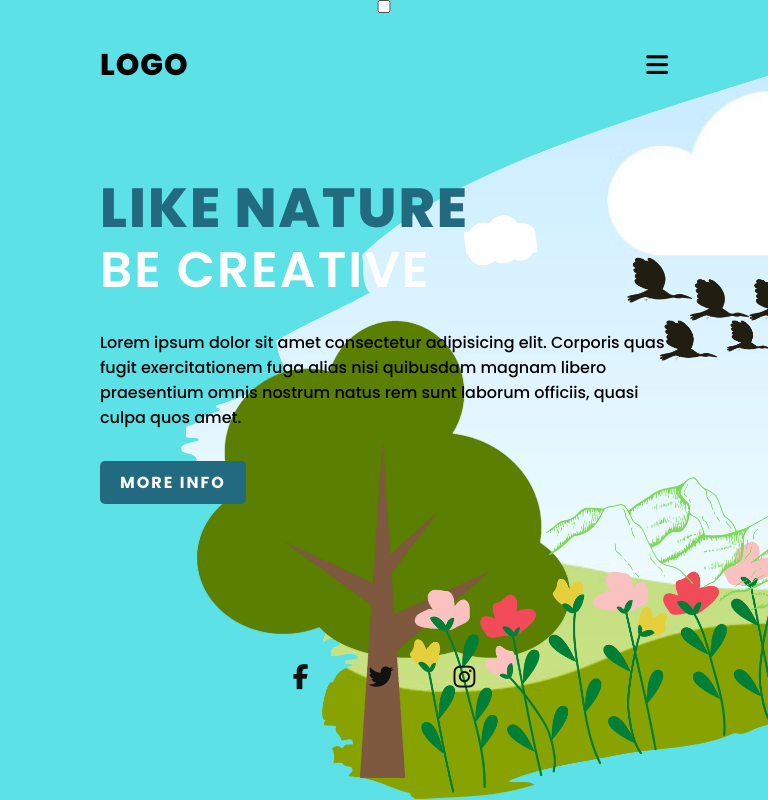
Repository: nganha241/CreativeNature
Page: index.html
The author's editor kept a copy of each file at every save. The page is drawn from the files as they stood at one save, then again after the next save.
The browser window is 768 px wide. The pictures show the whole page.
Some web libraries are served in a nearby version.

Above is the page before, as saved 2022-06-18 09:23:44.

### index.html
<!DOCTYPE html>
<html lang="en">
  <head>
    <meta charset="UTF-8" />
    <meta http-equiv="X-UA-Compatible" content="IE=edge" />
    <meta name="viewport" content="width=device-width, initial-scale=1.0" />
    <title>Creative Nature</title>
    <link rel="stylesheet" href="style.css" />
    <script
      src="https://kit.fontawesome.com/ae971d7ee0.js"
      crossorigin="anonymous"
    ></script>
  </head>
  <body>
    <section>
      <input type="checkbox" id="check" />
      <header>
        <h2><a href="#" class="logo">Logo</a></h2>
        <div class="navigation">
          <a href="#">Home</a>
          <a href="#">About</a>
          <a href="#">Info</a>
          <a href="#">Services</a>
          <a href="#">Contact</a>
        </div>
        <label for="">
          <i class="fas fa-bars menu-btn"></i>
          <i class="fa fa-times close-btn"></i>
        </label>
      </header>
      <div class="content">
        <div class="info">
          <h2>Like Nature <br /><span>Be Creative</span></h2>
          <p>
            Lorem ipsum dolor sit amet consectetur adipisicing elit. Corporis
            quas fugit exercitationem fuga alias nisi quibusdam magnam libero
            praesentium omnis nostrum natus rem sunt laborum officiis, quasi
            culpa quos amet.
          </p>
          <a href="#" class="info-btn">More Info</a>
        </div>
      </div>
      <div class="media-icons">
        <a href="#"><i class="fa fa-facebook"></i></a>
        <a href="#"><i class="fa fa-twitter"></i></a>
        <a href="#"><i class="fa fa-instagram" aria-hidden="true"></i></a>
      </div>
    </section>
  </body>
</html>

### style.css
@import url('https://fonts.googleapis.com/css2?family=Poppins:wght@300;400;500;600;700;800;900&display=swap');

* {
    box-sizing: border-box;
    padding: 0;
    margin: 0;
    font-family: 'Poppins', sans-serif;
}

a {
    text-decoration: none;
}

section {
    position: relative;
    width: 100%;
    min-height: 100vh;
    display: flex;
    flex-direction: column;
    justify-content: flex-start;
    background: url("./bg.png");
    background-size: cover;
    background-position: center;
}

header {
    position: relative;
    top: 0;
    width: 100%;
    padding: 30px 100px;
    display: flex;
    justify-content: space-between;
    align-items: center;
}

header .logo {
    position: relative;
    color: #000;
    font-size: 30px;
    text-transform: uppercase;
    font-weight: 800;
    letter-spacing: 1px;
}

header .navigation a{
    color: #000;
    background: none;
    font-weight: 500;
    letter-spacing: 1px;
    padding: 2px 15px;
    border-radius: 20px;
    transition: 0.3ms;
    transition-property: background;
}

header .navigation a:not(:last-child) {
    margin-right: 30px;
}

header .navigation a:hover {
    background: #7EC1FC;
}

.content {
    max-width: 650px;
    margin: 60px 100px;
}

.content .info h2 {
    color: #226a80;
    font-size: 55px;
    text-transform: uppercase;
    font-weight: 800;
    letter-spacing: 2px;
    line-height: 60px;
    margin-bottom: 30px;
}

.content .info h2 span {
    color: #fff;
    font-size: 50px;
    font-weight: 600;
}

.content .info p {
    font-size: 16px;
    font-weight: 500;
    margin-bottom: 40px;
}

.content .info-btn {
    color: #fff;
    background: #226a80;
    text-transform: uppercase;
    font-weight: 700;
    letter-spacing: 2px;
    padding: 10px 20px;
    border-radius: 5px;
    transition: 0.3s;
    transition-property: background;
}

.content .info-btn:hover {
    background: #0c4f60;
}

.media-icons {
    display: flex;
    justify-content: center;
    align-items: center;
    margin: auto;
}

.media-icons a {
    position: relative;
    color: #111;
    font-size: 25px;
    transition: 0.3s;
    transition-property: transform;
}

.media-icons a:not(:last-child) {
    margin-right: 60px;
}

.media-icons a:hover {
    transform: scale(1.5);
}

label {
    display: none;
}

#check {
    z-index: 3;
}

@media (max-width: 960px) {
    header .navigation {
        display: none;
    }

    label {
        display: block;
        font-size: 25px;
        cursor: pointer;
        transition: 0.3s;
        transition-property: color;
    }

    label:hover {
        color: #fff;
    }

    label .close-btn {
        display: none;
    }

    #check:checked ~ header .navigation {
        z-index: 2;
        position: fixed;
        background: rgba(144, 233, 255, 0.9);
        top: 0;
        bottom: 0;
        left: 0;
        right: 0;
        display: flex;
        flex-direction: column;
        justify-content: center;
        align-items: center;
    }

    #check:checked ~ header .navigation a {
        font-weight: 700;
        margin-right: 0;
        margin-bottom: 50px;
        letter-spacing: 2px;
    }

    #check:checked ~ header label .menu-btn {
        display: none;
    }

    #check:checked ~ header label .close-btn {
        z-index: 2;
        display: block;
        position: fixed;
    }
}

After the next save:
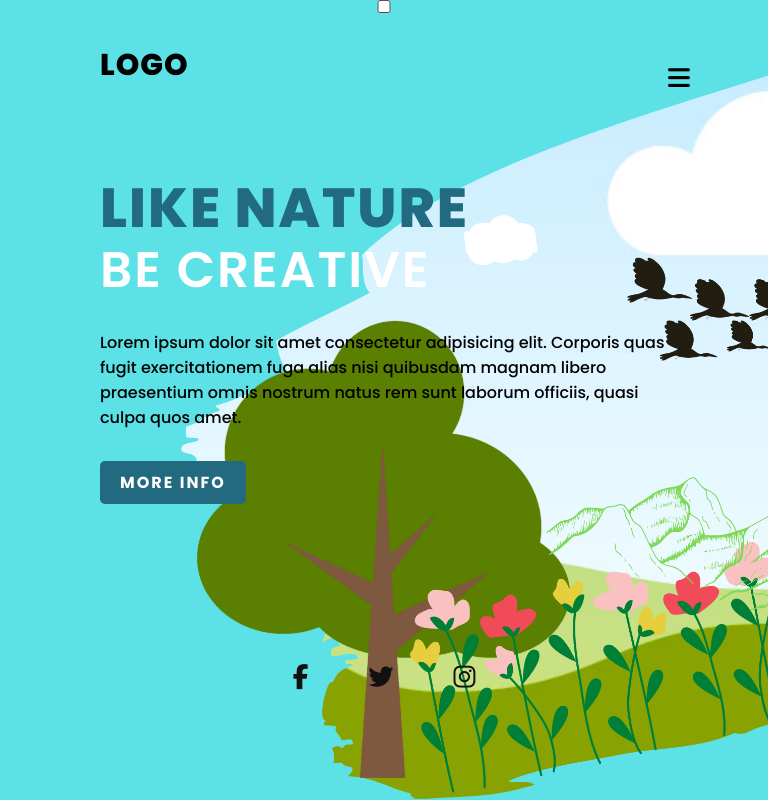
Saved 64 s later.
--- a/style.css
+++ b/style.css
@@ -186,4 +186,8 @@ label {
         display: block;
         position: fixed;
     }
+
+    label .menu-btn {
+        position: absolute;
+    }
 }
